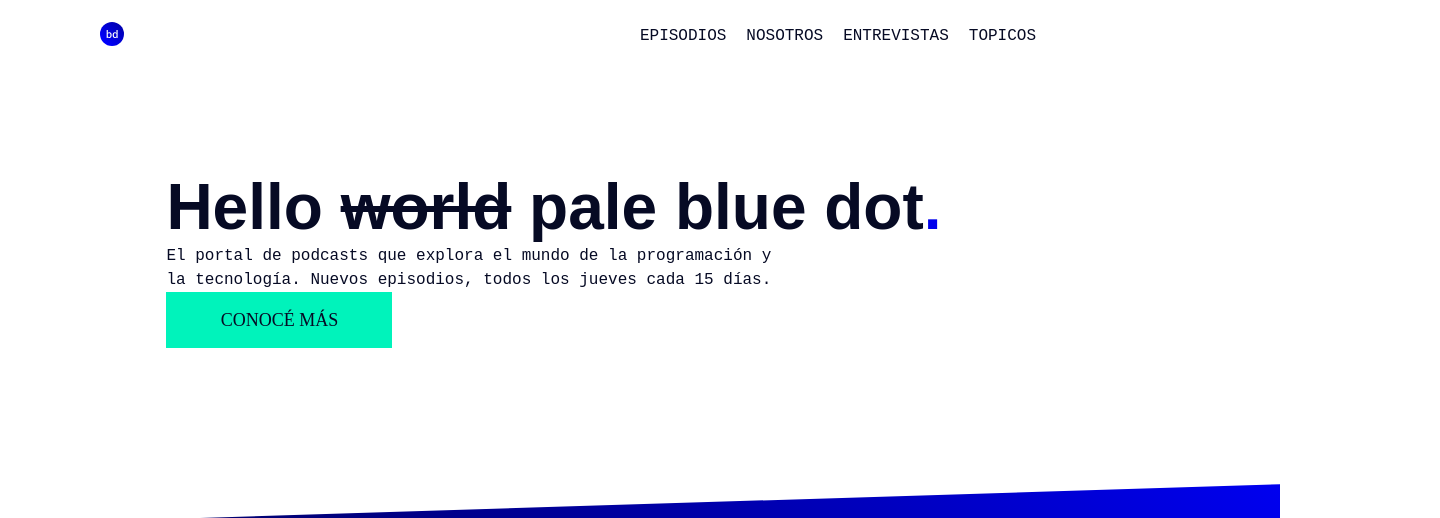
Repository: FedeGA93/podcast
Page: index.html
These files come from the project's save history. The page is drawn as it stood at one moment and after the next save; the edit follows.
The browser window is 1280 px wide. The page is 1440 px wide, so the pictures cover 1440 px, including what lies to the right of the window. The pictures show the part of the page from y = 0 to 518 px (the page is 3205 px tall).
Pictures or frames that could not be fetched are drawn as grey boxes. Some web fonts or font styles are not loaded; a fallback is used. Some web libraries are served in a nearby version.

Above is the page before, as saved 2019-11-26 19:06:32.

After the next save:
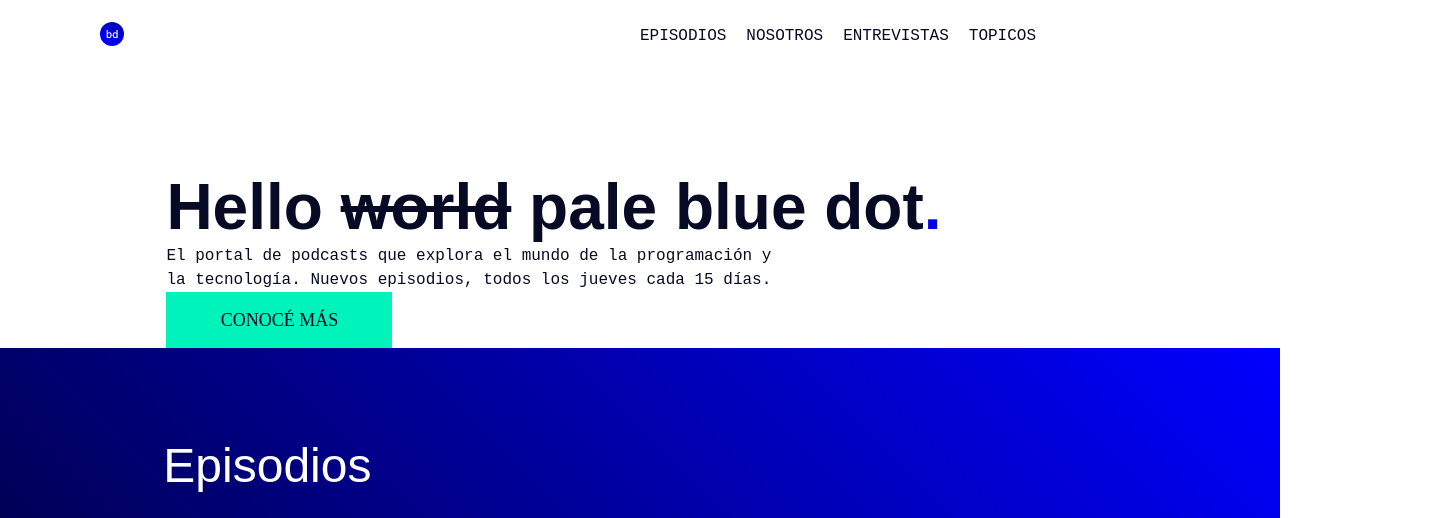
Saved 69 s later.
--- a/index.html
+++ b/index.html
@@ -60,7 +60,7 @@
     <section>
         <div class="fondo-azul-gradiente sec">
             <svg xmlns="http://www.w3.org/2000/svg" viewBox="0 1 100 100" preserveAspectRatio="none">
-                <polygon fill="white" points="0,0 1440,0 0,45" />
+                <polygon fill="white" points="0,0 1440,0 0," />
             </svg>
           <!--   <div class="corteuno"></div> -->
             <div class="cortedos"></div>
